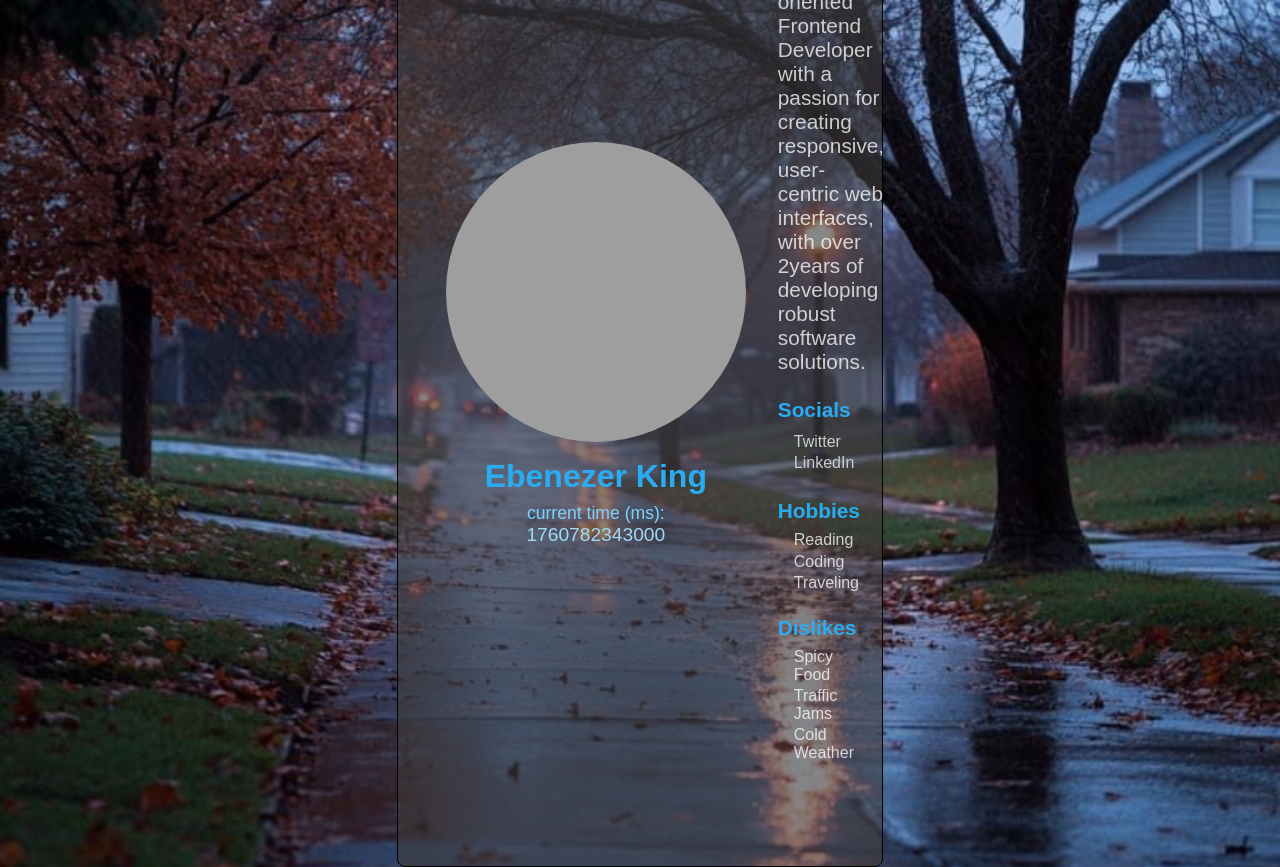
Repository: ebenezertiewei/profileCard
Page: index.html
These files come from the project's save history. The page is drawn as it stood at one moment and after the next save; the edit follows.
The browser window is 1280 px wide. The pictures show the whole page.
Pictures or frames that could not be fetched are drawn as grey boxes.

Above is the page before, as saved 2025-10-18 12:03:36.

### index.html
<!DOCTYPE html>
<html lang="en">
	<head>
		<meta charset="UTF-8" />
		<meta name="viewport" content="width=device-width, initial-scale=1.0" />
		<title>Profile Card</title>
		<link rel="stylesheet" href="style.css" />
	</head>
	<body>
		<!--------------------------------- PROFILE CARD CONTAINER ---------------------------->
		<article data-testid="test-profile-card">
			<!---------------------------------- PROFILE HEADER ---------------------------->
			<section id="profileHeader" data-testid="test-profile-header">
				<figure>
					<img
						src="https://ca.slack-edge.com/T09AMR8A9C3-U09L73CQQ2K-7e805defcf15-512"
						alt="Profile Avatar"
						data-testid="test-user-avatar"
						id="profileAvatar"
					/>
					<!-- <figcaption>Ebenezer King</figcaption> -->
				</figure>
				<!----------- user name ----------->
				<h2 data-testid="test-user-name">Ebenezer King</h2>
				<!----------- current time----------->
				<span data-testid="test-user-time-header" class="time-header">
					current time (ms):
					<p data-testid="test-user-time"></p>
				</span>
			</section>
			<!---------------------------------- PROFILE DETAILS ---------------------------->
			<section id="profileDetails" data-testid="test-profile-details">
				<h3 data-testid="test-user-bio-header" class="bio-header">Bio</h3>
				<p data-testid="test-user-bio">
					A detail-oriented Frontend Developer with a passion for creating
					responsive, user-centric web interfaces, with over 2years of
					developing robust software solutions.
				</p>
				<!--------------------- social links ------------->
				<h3
					data-testid="test-user-social-links-header"
					class="social-links-header"
				>
					Socials
				</h3>
				<nav data-testid="test-user-social-links">
					<ul>
						<li>
							<a
								href="https://x.com/txch_king?s=11&t=o3w1r65yzU2hxbP-LDD1ug"
								target="_blank"
								rel="noopener noreferrer"
								data-testid="test-user-social-twitter"
							>
								Twitter
							</a>
						</li>
						<li>
							<a
								href="https://www.linkedin.com/in/ebenezer-t-093b21320/"
								target="_blank"
								rel="noopener noreferrer"
								data-testid="test-user-social-linkedin"
							>
								LinkedIn
							</a>
						</li>
					</ul>
				</nav>
				<!--------------------- hobbies ------------->
				<section data-testid="test-user-hobbies">
					<h3 data-testid="test-user-hobbies-header" class="hobbies-header">
						Hobbies
					</h3>
					<ul>
						<li>Reading</li>
						<li>Coding</li>
						<li>Traveling</li>
					</ul>
				</section>
				<!--------------------- dislikes ------------->
				<section data-testid="test-user-dislikes">
					<h3 data-testid="test-user-dislikes-header" class="dislikes-header">
						Dislikes
					</h3>
					<ul>
						<li>Spicy Food</li>
						<li>Traffic Jams</li>
						<li>Cold Weather</li>
					</ul>
				</section>
			</section>
		</article>

		<!-- javascript link -->
		<script src="script.js"></script>
	</body>
</html>

### style.css
/* ---------------------------------------------------------------- */
/*--------------- Project body general style ---------------*/
html {
	width: 100dvw;
	font-family: Arial, sans-serif;
	font-size: 1rem;
	font-weight: 400;
}
body {
	background-color: #605a5a;
	background-image: url("./assets/states.jpg");
	background-size: cover;
	background-position: center;
	background-repeat: no-repeat;
	/* height: 100%; */
	width: 100%;
}
* {
	padding: 0;
	margin: 0;
	border: 0;
	box-sizing: border-box;
	outline: none;
}

/*--------------------------MOBILE WORKFLOW---------------------*/
/*--------------profile card container -------------------*/
article[data-testid="test-profile-card"] {
	/* height: 100%; */
	width: 100%;
	padding: 3rem 1rem;
	background-color: rgba(61, 58, 58, 0.6);
	color: rgba(255, 255, 255, 0.761);
	display: flex;
	flex-direction: column;
	align-items: center;
	border: 1px solid #020202;
	border-radius: 8px;
	box-shadow: 0 2px 4px rgba(0, 0, 0, 0.1);
}

/*-------------  PROFILE HEADER  -------------*/
#profileHeader {
	width: 100%;
	display: flex;
	flex-direction: column;
	padding: 1rem 0;
	/* background-color: orange; */
}
#profileHeader figure {
	display: flex;
	flex-direction: column;
	align-items: center;
	margin-bottom: 0.5rem;
}
/*------------- profile header image -------------*/
#profileHeader img {
	border-radius: 50%;
	width: 300px;
	height: 300px;
	object-fit: cover;
}
#avatarUpload::file-selector-button {
	background-color: rgba(61, 58, 58, 0.6);
	color: #a8a8a8;
	padding: 0.5rem 1rem;
	border: 1px solid #555555;
	border-radius: 6px;
	cursor: pointer;
	font-size: 0.9rem;
	transition: background 0.3s;
}
#avatarUpload::file-selector-button:hover {
	background-color: #45a049;
	color: black;
}
#avatarUpload {
	color: #a8a8a8;
}
#avatarUrl::placeholder {
	background-color: rgb(61, 58, 58);
	color: #a8a8a8;
}
#avatarUrl {
	/* color: #ccc; */
	padding: 0.5rem;
	background-color: rgb(61, 58, 58);
	border: 1px solid #555555;
	border-radius: 6px;
}
/*--------------profile name --------------*/
#profileHeader h2 {
	display: flex;
	justify-content: center;
	margin: 0.5rem 0;
	font-size: 2rem;
	font-weight: 600;
	color: #2aacf3;
}
/*-------------- current time --------------*/
#profileHeader span[data-testid="test-user-time-header"] {
	display: flex;
	flex-direction: column;
	justify-content: center;
	align-items: center;
	font-size: 1.1rem;
	margin-bottom: 1rem;
	color: #7ed2ff;
}
#profileHeader p[data-testid="test-user-time"] {
	margin-bottom: 1rem;
	font-size: 1.2rem;
	color: #a1d8f6;
}
/*--------------  PROFILE DETAILS  --------------*/
.bio-header {
	display: flex;
	flex-direction: column;
	justify-content: start;
	margin-bottom: 0.5rem;
	font-size: 1.3rem;
	color: #2aacf3;
}
#profileDetails p[data-testid="test-user-bio"] {
	font-size: 1.3rem;
	margin-bottom: 1.5rem;
}
/* ------------------ social links --------------- */
.social-links-header {
	display: flex;
	flex-direction: column;
	justify-content: start;
	margin-bottom: 0.5rem;
	font-size: 1.3rem;
	color: #2aacf3;
}
#profileDetails nav[data-testid="test-user-social-links"] {
	display: flex;
	flex-direction: column;
	justify-content: start;
	margin-bottom: 1.5rem;
}
#profileDetails nav[data-testid="test-user-social-links"] ul {
	list-style: none;
}
#profileDetails nav[data-testid="test-user-social-links"] li {
	margin: 0.2rem 1rem;
}
#profileDetails nav[data-testid="test-user-social-links"] a {
	color: #ccc;
	text-decoration: none;
}
#profileDetails nav[data-testid="test-user-social-links"] a:hover {
	text-decoration: underline;
}
/* ------------------ hobbies --------------- */
.hobbies-header {
	display: flex;
	flex-direction: column;
	justify-content: start;
	margin-bottom: 0.5rem;
	font-size: 1.3rem;
	color: #2aacf3;
}
#profileDetails section[data-testid="test-user-hobbies"] ul {
	list-style: none;
	margin-bottom: 1.5rem;
}
#profileDetails section[data-testid="test-user-hobbies"] li {
	margin: 0.2rem 1rem;
}
/* ------------------ dislikes --------------- */
.dislikes-header {
	display: flex;
	flex-direction: column;
	justify-content: start;
	margin-bottom: 0.5rem;
	font-size: 1.3rem;
	color: #2aacf3;
}
#profileDetails section[data-testid="test-user-dislikes"] ul {
	list-style: none;
	margin-bottom: 1.5rem;
}
#profileDetails section[data-testid="test-user-dislikes"] li {
	margin: 0.2rem 1rem;
}

/* ---------------------------------- MEDIA QUERY ------------------------------- */
/* ------------------- tablet ------------------- */
@media (min-width: 768px) {
	html {
		height: 100dvh;
	}
	body {
		height: 100%;
		display: flex;
		justify-content: center;
		align-items: center;
		padding: 0 2rem;
	}
	article[data-testid="test-profile-card"] {
		display: flex;
		flex-direction: row;
		width: 100%;
		gap: 2rem;
	}
}
/* ------------------- desktop ------------------- */
@media (min-width: 1024px) {
	article[data-testid="test-profile-card"] {
		width: 40%;
		padding: 5rem 3rem;
	}
}

### script.js
// --------------------------------------------------------------------------
// ------------------- current time in milliseconds ----------
window.addEventListener("DOMContentLoaded", () => {
	const timeElement = document.querySelector('[data-testid="test-user-time"]');

	function updateTime() {
		const currentTime = Date.now();
		timeElement.textContent = currentTime;
	}

	updateTime();
	setInterval(updateTime, 100);
});

After the next save:
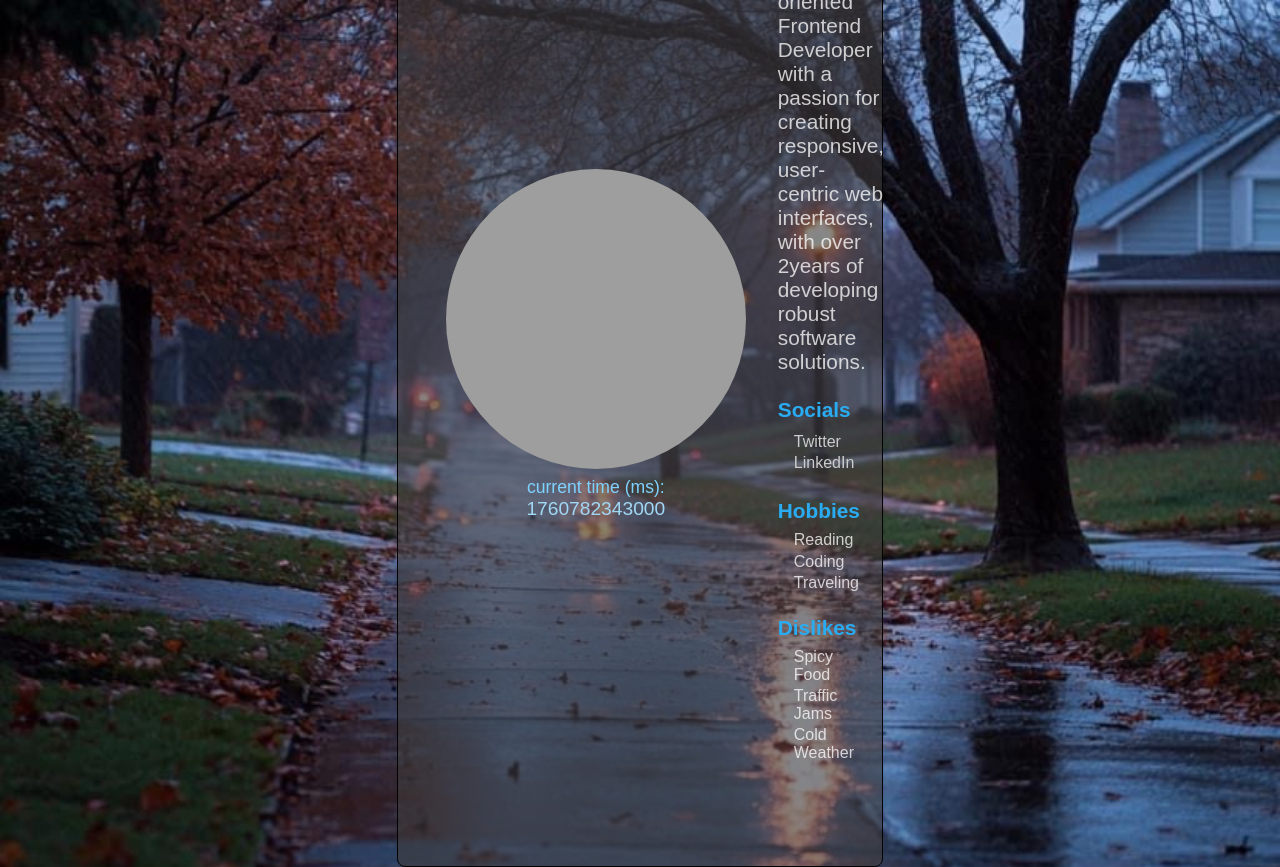
Saved 2 min 24 s later.
--- a/index.html
+++ b/index.html
@@ -20,8 +20,7 @@
 					/>
 					<!-- <figcaption>Ebenezer King</figcaption> -->
 				</figure>
-				<!----------- user name ----------->
-				<h2 data-testid="test-user-name">Ebenezer King</h2>
+
 				<!----------- current time----------->
 				<span data-testid="test-user-time-header" class="time-header">
 					current time (ms):
